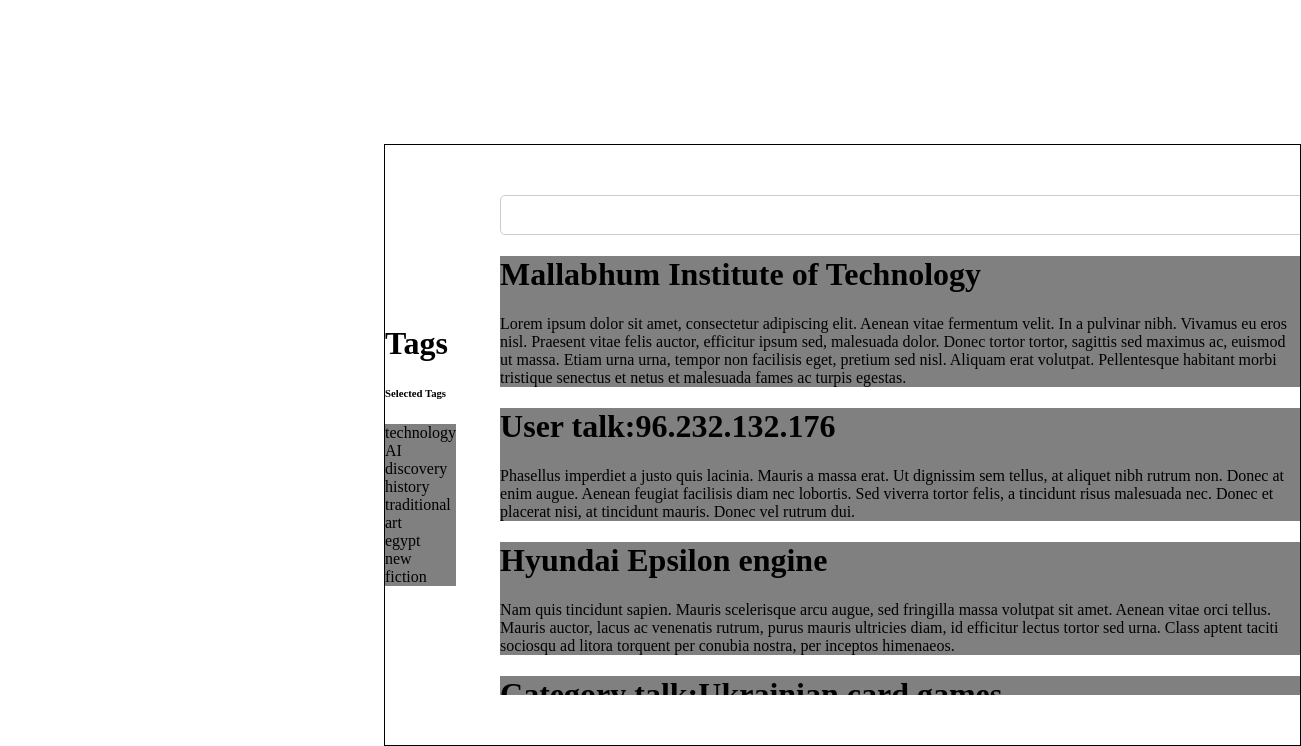
Repository: KelaiAffaf/bridger
Page: /
An editor plug-in stored every save of this project. The page is shown before and after a run of saves, followed by the edit.
The browser window is 1280 px wide. The page is 1301 px wide, so the pictures cover 1301 px, including what lies to the right of the window. The pictures show the whole page.
An inner scrolling area shows only its first screen. The project was rebuilt for these pictures with package versions that can differ from the ones it lists, and the page was loaded fresh each time. Also part of the build but not shown: vite.config.js.

Above is the page before, as saved 2023-06-08 11:28:12.

### src/App.jsx
// eslint-disable-next-line no-unused-vars
import React, { useState } from "react";
import { data } from "./NewComponents/data.js";
import Tag from "./NewComponents/Tag";
import InfoBox from "./NewComponents/InfoBox";

function App() {


  const [value, setValue] = useState("");

  const getTags = (data) => {
    const tagsArray = [];

    data.forEach((user) => {
      user.tags.forEach((tag) => {
        if (!tagsArray.includes(tag)) {
          tagsArray.push(tag);
        }
      });
    });

    return tagsArray;
  };

  const uniqueTags = getTags(data);

  return (
    <div
    style={{
      display: "flex",
      alignItems: "center",
      gap:44,
      height: "600px",
      border: "1px solid black",
      overflow: "hidden",
      position: "absolute",
      top: "20%",
      left: "30%",
    }}
      >
      <div>
        <h1>Tags</h1>
        <h6>Selected Tags</h6>
        <Tag tags={uniqueTags} />
      </div>

      <div
      style={{
        height: "500px",
        overflow: "auto",
      }}
      >
        <input
          onChange={(e) => setValue(e.target.value)}
          style={{
            padding: '10px',
            border: '1px solid #ccc',
            borderRadius: '5px',
            fontSize: '16px',
            width: '100%',
          }}
        />

       <div
       >
       {data &&
          data.map((user) => (
            <div key={user.id}>
              {(user.title.includes(value) ||
                user.content.includes(value)) && (
                <InfoBox title={user.title} body={user.content} />
              )}
            </div>
          ))}
       </div>
      </div>
    </div>
  );
}

export default App;

### src/NewComponents/data.js
// articles
export const  data = [
    {
        "id": 1,
        "title": "Mallabhum Institute of Technology",
        "content": "Lorem ipsum dolor sit amet, consectetur adipiscing elit. Aenean vitae fermentum velit. In a pulvinar nibh. Vivamus eu eros nisl. Praesent vitae felis auctor, efficitur ipsum sed, malesuada dolor. Donec tortor tortor, sagittis sed maximus ac, euismod ut massa. Etiam urna urna, tempor non facilisis eget, pretium sed nisl. Aliquam erat volutpat. Pellentesque habitant morbi tristique senectus et netus et malesuada fames ac turpis egestas.",
        "tags": ["technology", "AI", "discovery"]
    },
    {
        "id": 2,
        "title": "User talk:96.232.132.176",
        "content": "Phasellus imperdiet a justo quis lacinia. Mauris a massa erat. Ut dignissim sem tellus, at aliquet nibh rutrum non. Donec at enim augue. Aenean feugiat facilisis diam nec lobortis. Sed viverra tortor felis, a tincidunt risus malesuada nec. Donec et placerat nisi, at tincidunt mauris. Donec vel rutrum dui.",
        "tags": ["history","technology", "traditional"]
    },
    {
        "id": 3,
        "title": "Hyundai Epsilon engine",
        "content": "Nam quis tincidunt sapien. Mauris scelerisque arcu augue, sed fringilla massa volutpat sit amet. Aenean vitae orci tellus. Mauris auctor, lacus ac venenatis rutrum, purus mauris ultricies diam, id efficitur lectus tortor sed urna. Class aptent taciti sociosqu ad litora torquent per conubia nostra, per inceptos himenaeos.",
        "tags": ["art","egypt"]
    },
    {
        "id": 4,
        "title": "Category talk:Ukrainian card games",
        "content": "Quisque venenatis eleifend turpis vitae pulvinar. Aliquam orci mauris, tincidunt ut sollicitudin sit amet, convallis quis orci. Mauris vel nulla a dolor faucibus porttitor. Proin a dui nunc. Orci varius natoque penatibus et magnis dis parturient montes, nascetur ridiculus mus. Donec placerat dictum mauris. Vestibulum pharetra nisl sed eros dictum tristique. Praesent ac molestie neque. Fusce nec cursus leo, vel condimentum diam.",
        "tags": ["discovery","history"]
    },
    {
        "id": 5,
        "title": "Pellentesque non vulputate dolor",
        "content": "Fusce aliquam scelerisque lorem, a gravida ante efficitur eu. Duis ultricies leo scelerisque ante lacinia, ac viverra elit aliquam. Nullam at faucibus nisl. Nunc fringilla in urna sed suscipit. Integer in ipsum lectus. Pellentesque non vulputate dolor, vel scelerisque sapien. Nulla facilisi. Duis at sodales lacus. In hac habitasse platea dictumst.",
        "tags": ["new","fiction"]
    }
  ]

### src/NewComponents/Tag.jsx
import React from 'react'

function Tag({tags}) {
  return (
   <div>
    <div
    style={{
      borderRedius: '5px',
      backgroundColor: 'grey',
    }}
    >
      {tags && tags.map(ele=><div >{ele}</div>)
    }
    </div>
   </div>
  )
}

export default Tag

### src/NewComponents/InfoBox.jsx
// eslint-disable-next-line no-unused-vars
import React from 'react'

// eslint-disable-next-line react/prop-types
function InfoBox({title,body}) {
  return (
    <div
    style={{
      backgroundColor: 'grey',
      width :"800px"
    }}
    >
        <h1>{title}</h1>
        <p>{body} </p>
    </div>
  )
}

export default InfoBox

Loaded but not shown: index.html (common file); src/main.jsx (common file)

After the next 2 saves:
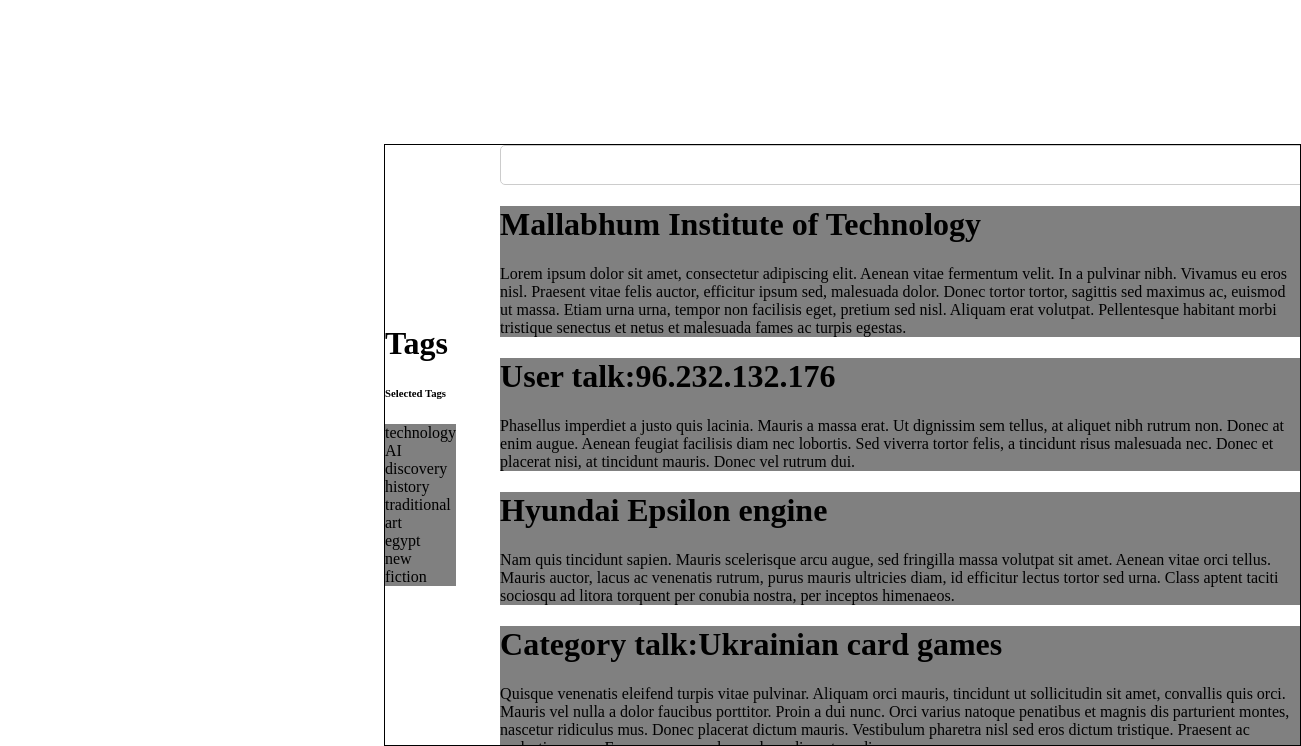
The 2 saves are shown as one change because they came seconds apart.
The last was saved 9 s later.
--- a/src/App.jsx
+++ b/src/App.jsx
@@ -47,7 +47,7 @@
 
       <div
       style={{
-        height: "500px",
+        height: "600px",
         overflow: "auto",
       }}
       >
